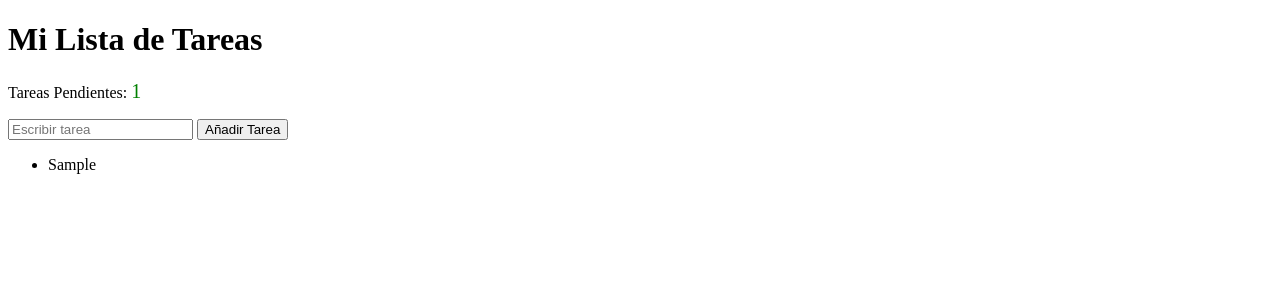
Repository: montsecg/nuclio-javascript-lecture-montse
Page: index.html
An editor plug-in stored every save of this project. The page is shown before and after the next save, followed by the edit.
The browser window is 1280 px wide. The pictures show the whole page.
Empty fields were first filled with sample values (such as "Sample", 5 or name@example.com).
After loading, the first visible `form` was submitted once.

Above is the page before, as saved 2021-04-16 11:28:03.

After the next save:
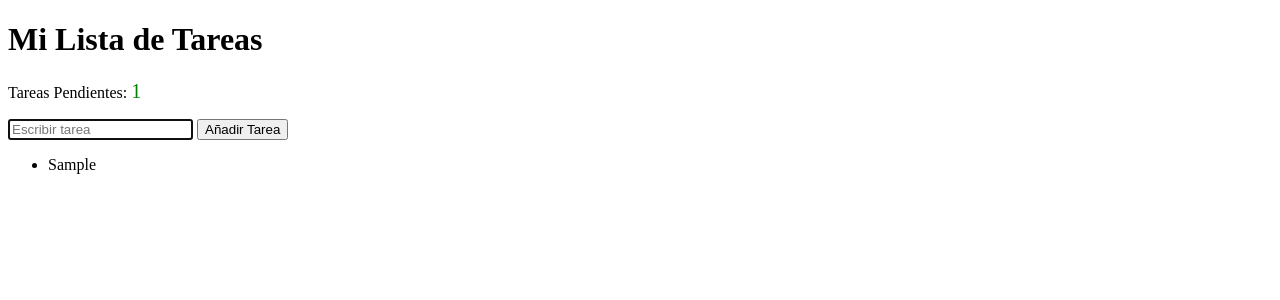
Saved 52 s later.
--- a/main.js
+++ b/main.js
@@ -60,7 +60,7 @@ function updatePendingTasks(){
 
 function clearInput(){
     input.value="";
-    focus(input.value);
+    input.focus();
 }
 
 function clearError(){
